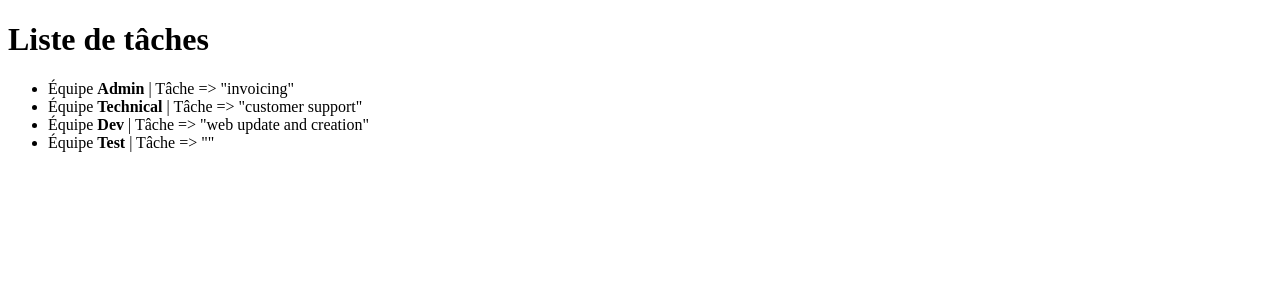
Repository: 0Memo/tasksHandler
Page: http://localhost/tasks
An editor plug-in stored every save of this project. The page is shown before and after the next save, followed by the edit.
The browser window is 1280 px wide. The pictures show the whole page.
The page is served by the project's Laravel application, run on PHP 8.4 with Laravel 10.

Above is the page before, as saved 2023-05-22 13:44:38.

After the next save:
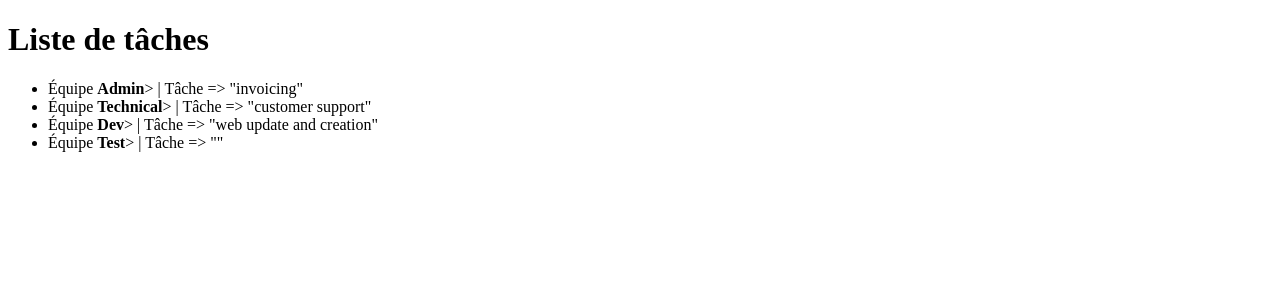
Saved 9 min 35 s later.
--- a/resources/views/tasksList.blade.php
+++ b/resources/views/tasksList.blade.php
@@ -7,7 +7,7 @@
     <h1>Liste de tâches</h1>
     <ul>
         @foreach($tasks as $task)
-            <li>Équipe <strong>{{ $task['team_name'] }}</strong> | Tâche => "{{ $task['task'] }}"</li>
+            <li>Équipe <strong>{{ $task['team_name'] }}</strong>> | Tâche => "{{ $task['task'] }}"</li>
         @endforeach
     </ul>
 </body>

After the save that followed:
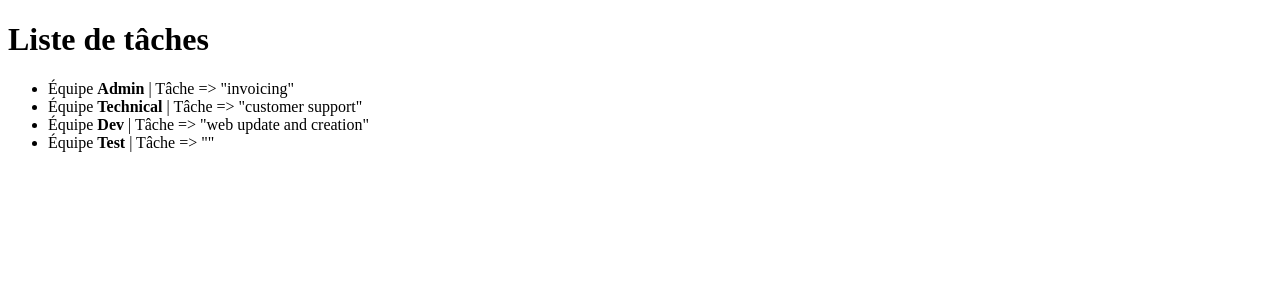
Saved 4 s later.
--- a/resources/views/tasksList.blade.php
+++ b/resources/views/tasksList.blade.php
@@ -7,7 +7,7 @@
     <h1>Liste de tâches</h1>
     <ul>
         @foreach($tasks as $task)
-            <li>Équipe <strong>{{ $task['team_name'] }}</strong>> | Tâche => "{{ $task['task'] }}"</li>
+            <li>Équipe <strong>{{ $task['team_name'] }}</strong> | Tâche => "{{ $task['task'] }}"</li>
         @endforeach
     </ul>
 </body>
